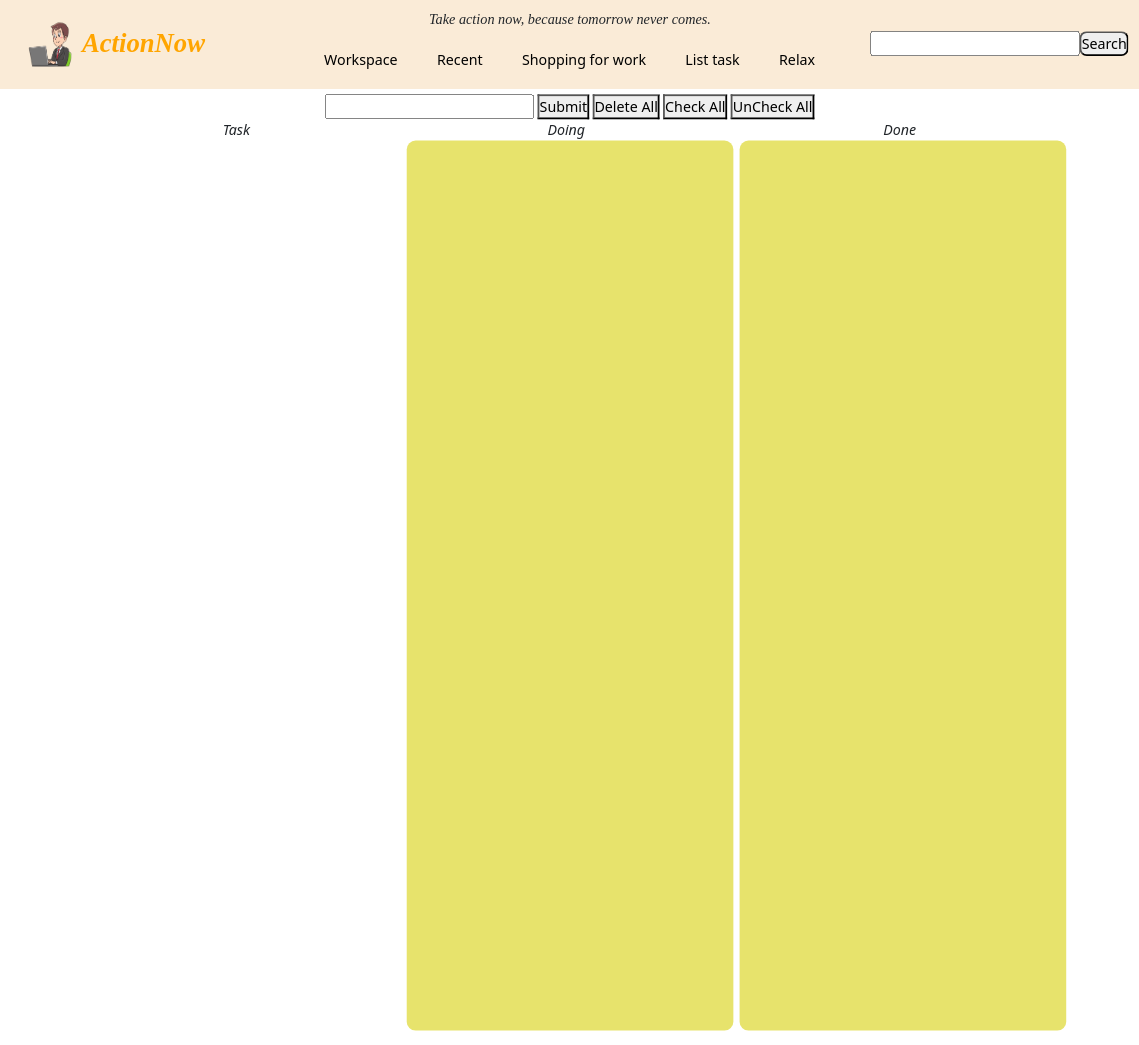
Repository: huavantinh/todo
Page: index.html
The author's editor kept a copy of each file at every save. The page is drawn from the files as they stood at one save, then again after the next save.
The browser window is 1280 px wide. The pictures show the whole page, at 89% of full size.

Above is the page before, as saved 2023-04-07 09:45:02.

After the next save:
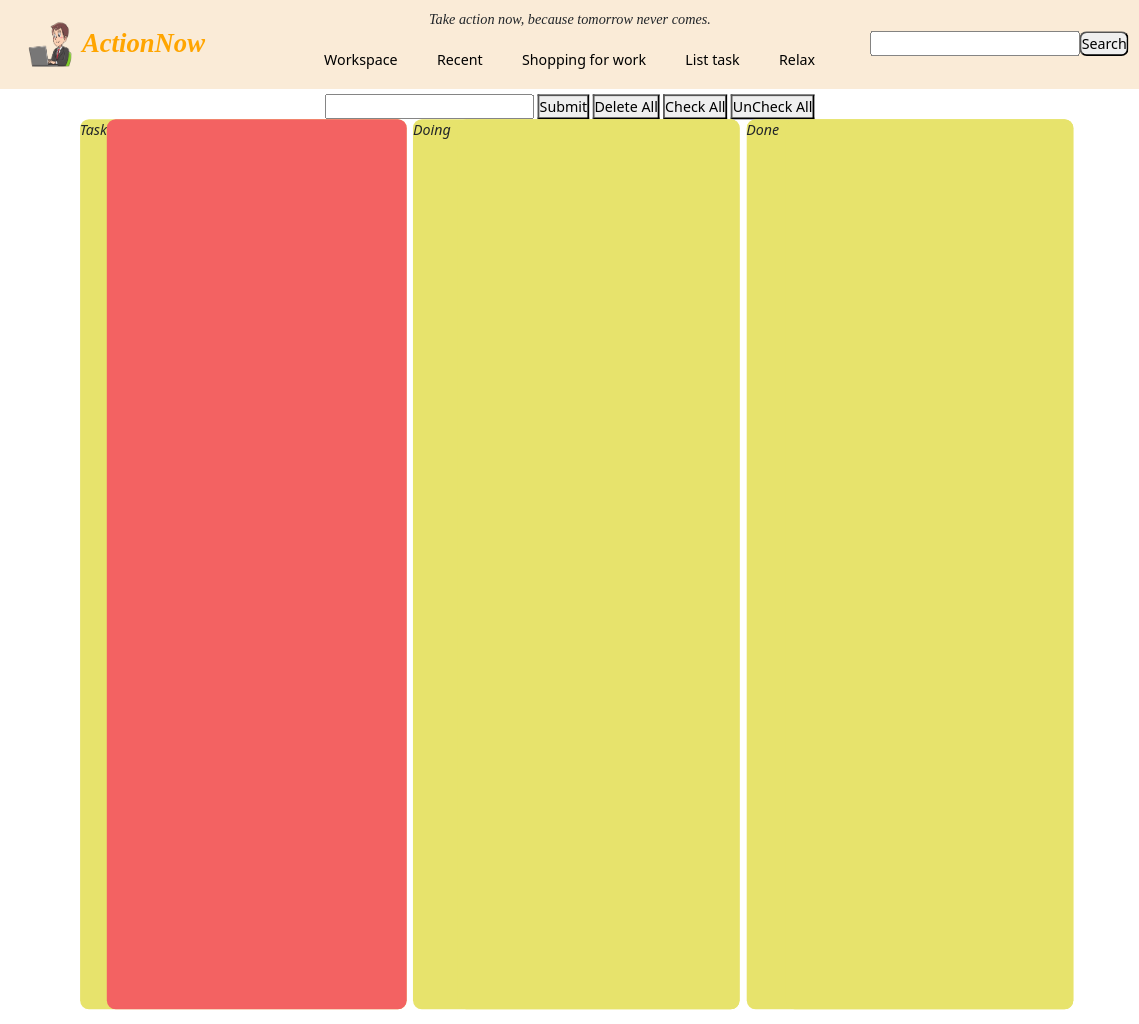
Saved 102 s later.
--- a/css/style.css
+++ b/css/style.css
@@ -124,7 +124,14 @@ body{
 .table .col-list {
     width: 100% / 3;
     /* align-items: center; */
-
+    display: flex;
+    float: left;
+    width: calc(1116px / 3 - 5px );
+    height: 1000px;
+    justify-content: center;
+    background-color: rgb(231, 227, 108);
+    border-radius: 10px;
+    margin-left: 7.5px;
 }
 
 .table .col-list i {
